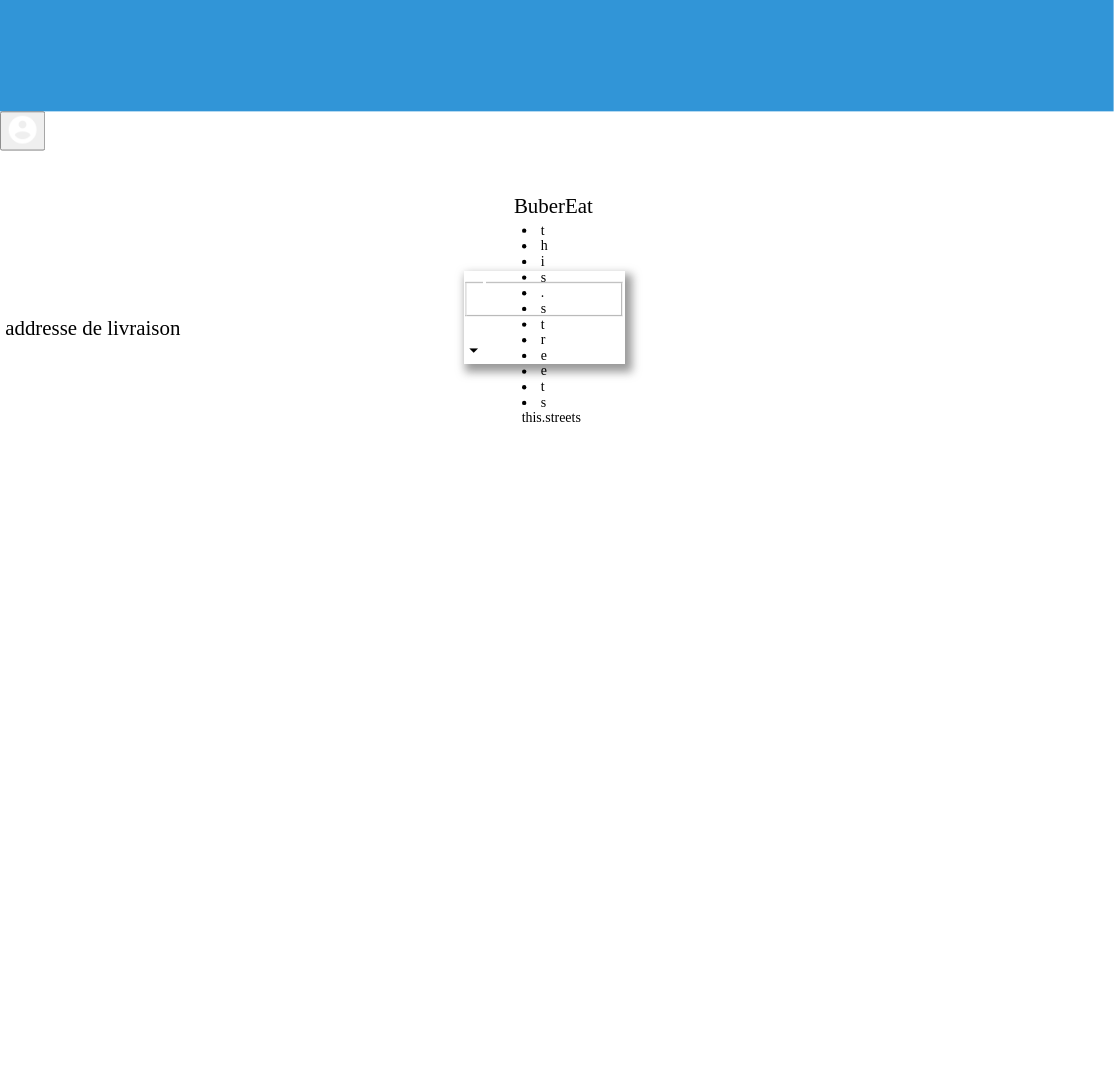
Repository: fidjy/B2_Info_Projet_Web
Page: /Login/%22this.streets%22
These files come from the project's save history. The page is drawn as it stood at one moment and after the next save; the edit follows.
The browser window is 1280 px wide. The pictures show the whole page, at 87% of full size.
An inner scrolling area shows only its first screen. The project was rebuilt for these pictures with package versions that can differ from the ones it lists, and the page was loaded fresh each time. Also part of the build but not shown: vue.config.js, src/views/RestaurantDishes/RestaurantDishes.vue.

Above is the page before, as saved 2020-03-24 09:15:10.

After the next save:
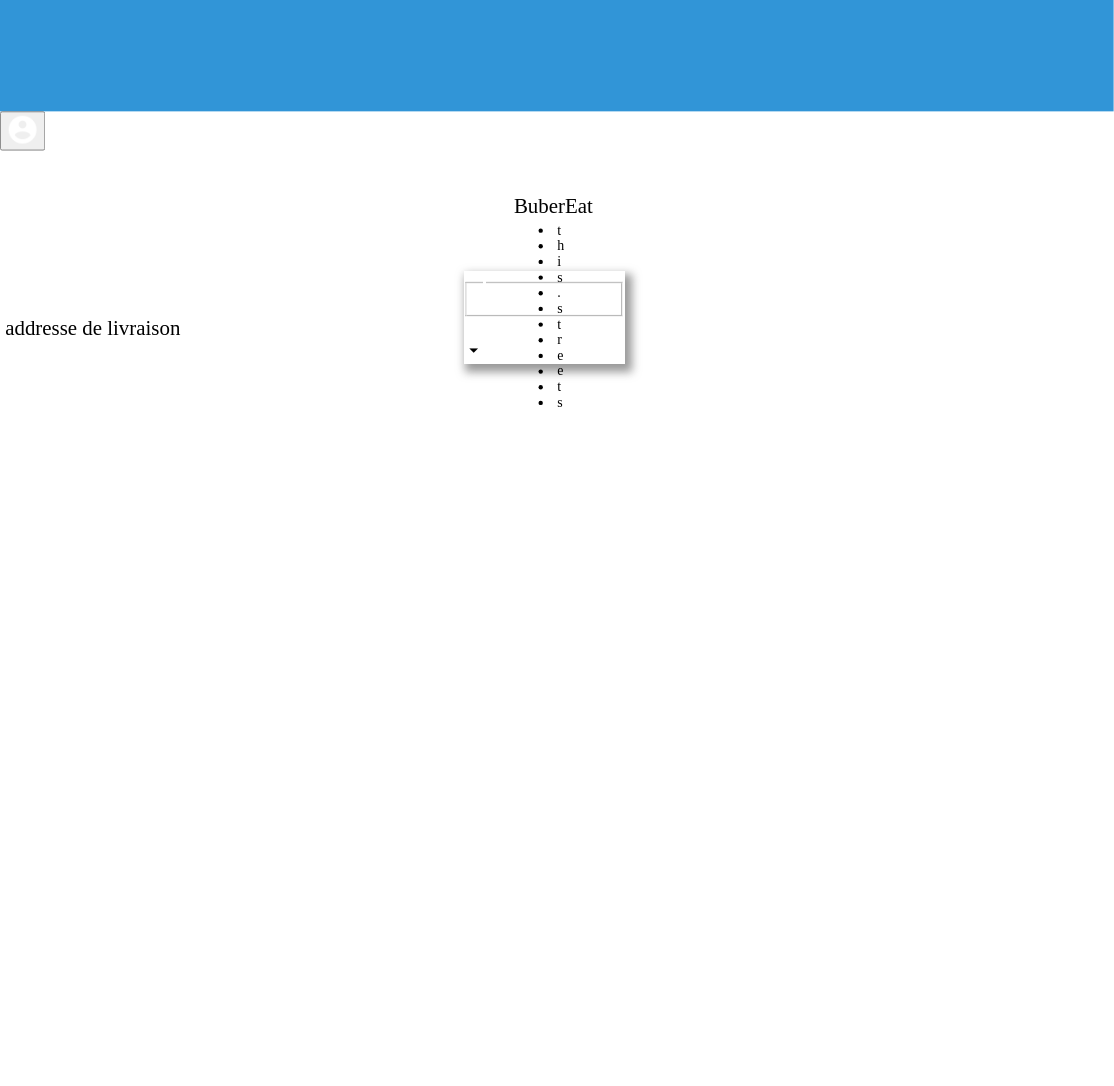
Saved 38 s later.
--- a/src/views/Login/Login.vue
+++ b/src/views/Login/Login.vue
@@ -3,7 +3,6 @@
     <li v-for="item in JSON.parse($route.params.propsAdresses)" :key="item.id">
       {{ item }}
     </li>
-    {{ JSON.parse($route.params.propsAdresses) }}
   </div>
 </template>
 
